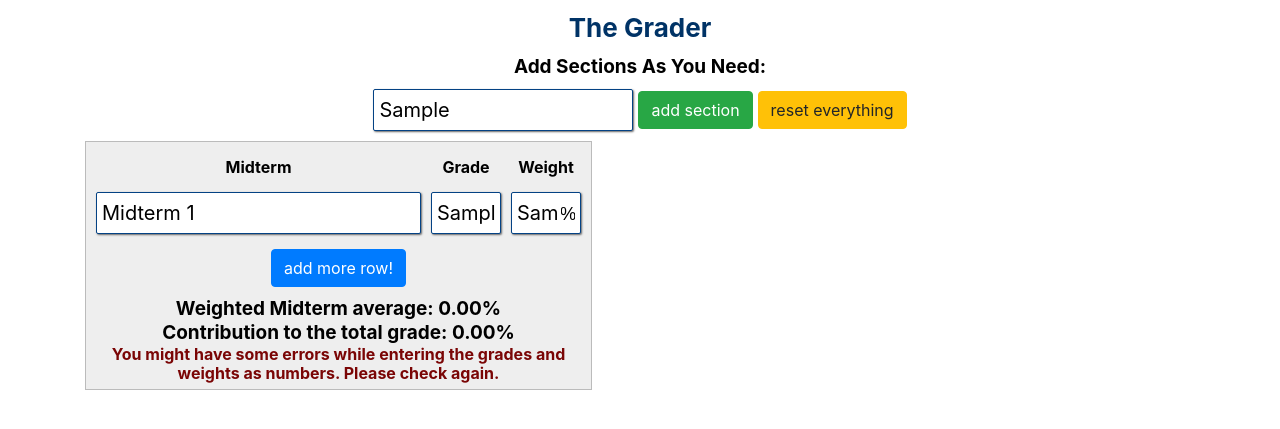
Repository: BarishNamazov/BarishNamazov.github.io
Page: thegrader/index.html
An editor plug-in stored every save of this project. The page is shown before and after a run of saves, followed by the edit.
The browser window is 1280 px wide. The pictures show the whole page.
Empty fields were first filled with sample values (such as "Sample", 5 or name@example.com).
After loading, the first visible `input.gradeValue` was changed once.

Above is the page before, as saved 2020-10-31 19:14:05.

After the next 2 saves:
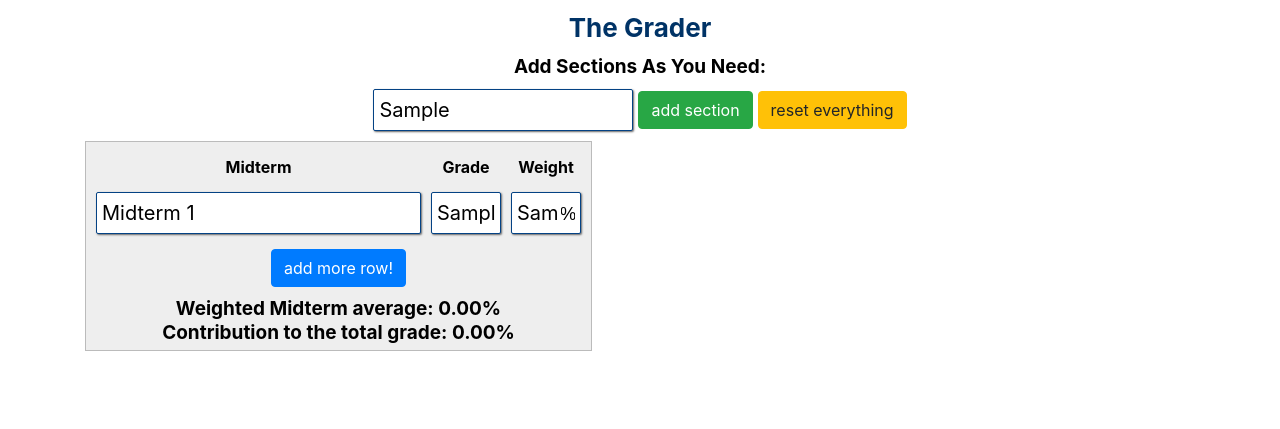
The 2 saves are shown as one change because they came seconds apart.
The last was saved 36 s later.
--- a/thegrader/scripts.js
+++ b/thegrader/scripts.js
@@ -58,7 +58,7 @@
     if (Number(grades[i].value) && Number(weights[i].value)) {
       weightSum += Number(weights[i].value);
       contribution += Number(grades[i].value) * Number(weights[i].value) / 100.0;
-    } else if (!Number(grades[i].value) || !Number(weights[i].value)) {
+    } else if (Number(grades[i].value) == NaN || Number(weights[i].value) == NaN) {
       failSafe = 1;
     }
   }

After the 3 saves that followed:
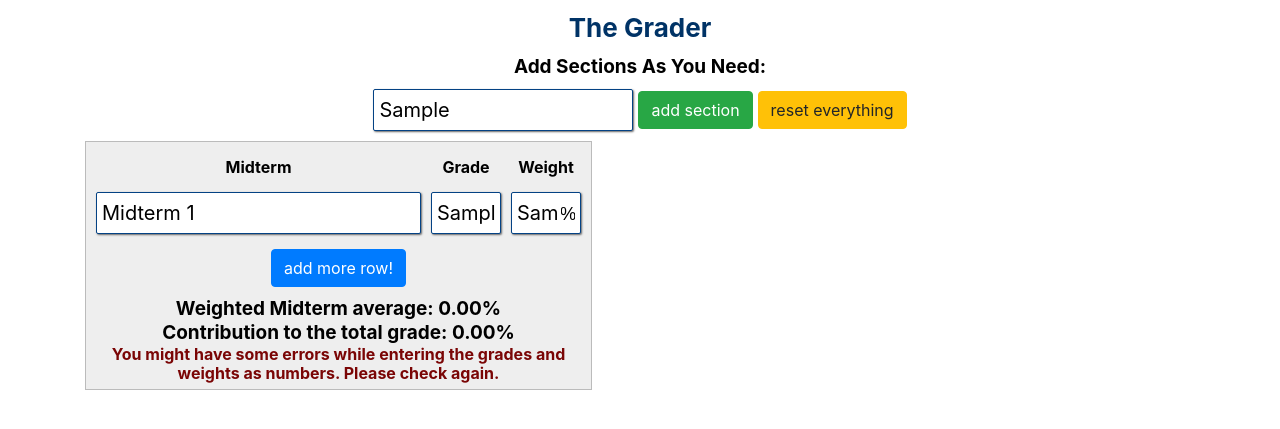
The 3 saves are shown as one change because 1 left the picture as it was and some came seconds apart.
The last was saved 3 min 32 s later.
--- a/thegrader/scripts.js
+++ b/thegrader/scripts.js
@@ -58,7 +58,7 @@
     if (Number(grades[i].value) && Number(weights[i].value)) {
       weightSum += Number(weights[i].value);
       contribution += Number(grades[i].value) * Number(weights[i].value) / 100.0;
-    } else if (Number(grades[i].value) == NaN || Number(weights[i].value) == NaN) {
+    } else if (isNaN(Number(grades[i].value)) || isNaN(Number(weights[i].value))) {
       failSafe = 1;
     }
   }
